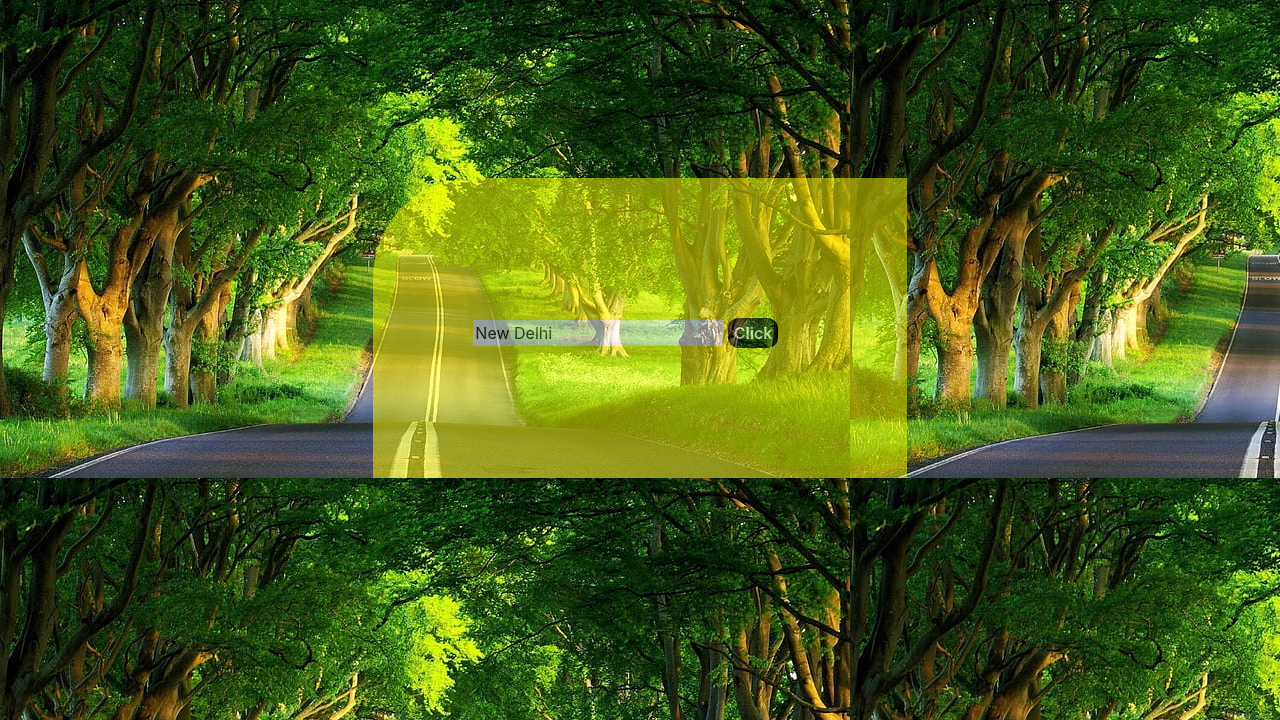
Repository: prashantkumarbind/Hospital-Weather-Concept
Page: http://localhost/weather-app/
An editor plug-in stored every save of this project. The page is shown before and after the next save, followed by the edit.
The browser window is 1280 px wide. The pictures show the whole page.
The page is served by Tomcat 9. Other server files are loaded and not shown.

Above is the page before, as saved 2024-01-19 07:43:29.

### weather-app/src/main/webapp/index.jsp
<%@ page language="java" contentType="text/html; charset=ISO-8859-1"
    pageEncoding="ISO-8859-1"%>
<!DOCTYPE html>
<html>
<head>
<meta charset="ISO-8859-1">
<meta charset="utf-8">
<meta name="viewport" content="width=device-width, initial-scale=1, shrink-to-fit=no">
<link rel="stylesheet" href="https://cdn.jsdelivr.net/npm/bootstrap@4.6.2/dist/css/bootstrap.min.css">
<title>weather app</title>
<style>
	body{
		 background-image: url("img/we3.jpg");
	}
	.controller{
		margin-top:130px;
		background-color:yellow;
		padding:130px 100px;
		opacity: 0.50;
		border-top-left-radius:100px;
	}
	.button-design{
		color:white;
		background-color:black;
		margin-top:10px;
		text-align: center;
		justify-content:end;
		width:50px;
		border-radius:10px;
		font-weight:600;
		border:none;
		height:30px;
	}
	.button-design:hover{
		background-color:green;
		color:red;
	}
	.text-design{
		border:none;
		width:250px;
	}
</style>
</head>
<body>

		<section class="form-top-header header-top mt-5">
			<div class="container-fluid">
				<div class="row justify-content-center">
					<div class="col-5 form controller ">
						<form action="FormDataController" method="Post">
							 <div class="form-design">
							 	<input class="text-design" type="text" name="city_name" value="New Delhi">
							 	<input class="button-design" type="submit" value="Click">
							 </div>
						</form>
					</div>
				</div>
			</div>
		</section>

 <!-- <script src="https://cdn.jsdelivr.net/npm/jquery@3.5.1/dist/jquery.slim.min.js"></script>
 <script src="https://cdn.jsdelivr.net/npm/bootstrap@4.6.2/dist/js/bootstrap.bundle.min.js"></script>
 -->
</body>
</html>

After the next save:
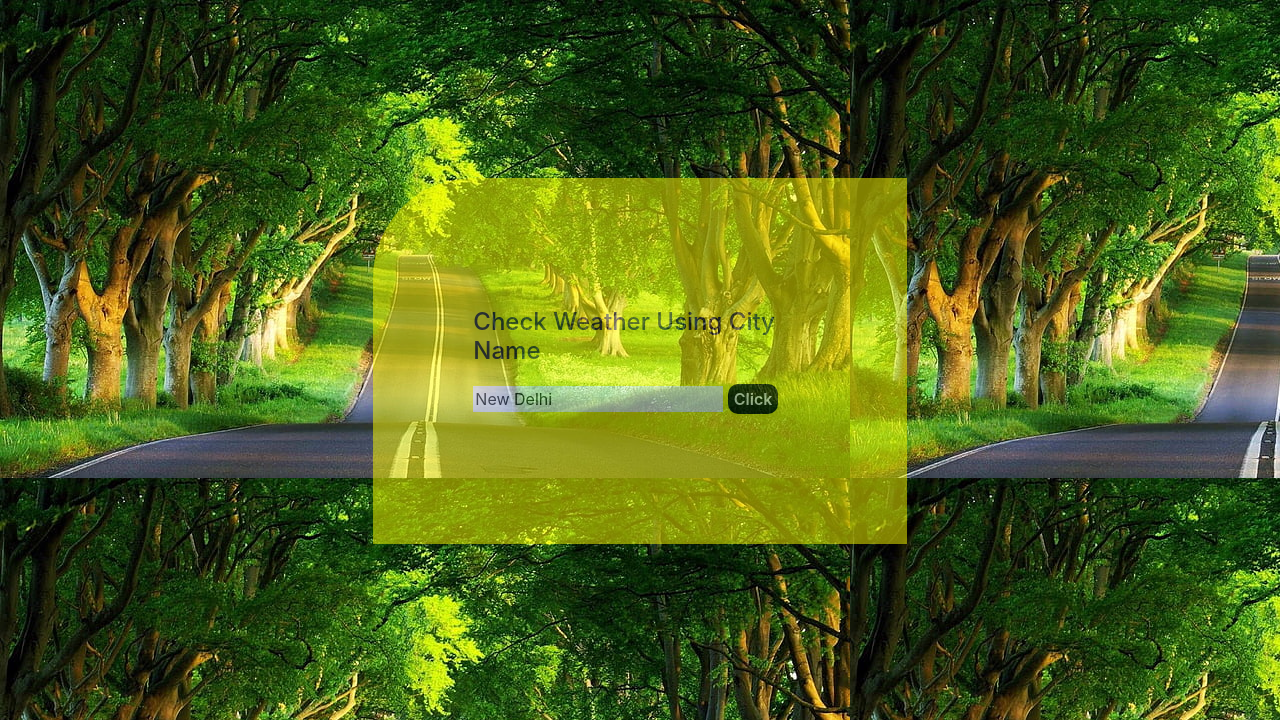
Saved 93 s later.
--- a/weather-app/src/main/webapp/index.jsp
+++ b/weather-app/src/main/webapp/index.jsp
@@ -47,6 +47,7 @@
 			<div class="container-fluid">
 				<div class="row justify-content-center">
 					<div class="col-5 form controller ">
+						<h4>Check Weather Using City Name</h4>
 						<form action="FormDataController" method="Post">
 							 <div class="form-design">
 							 	<input class="text-design" type="text" name="city_name" value="New Delhi">
